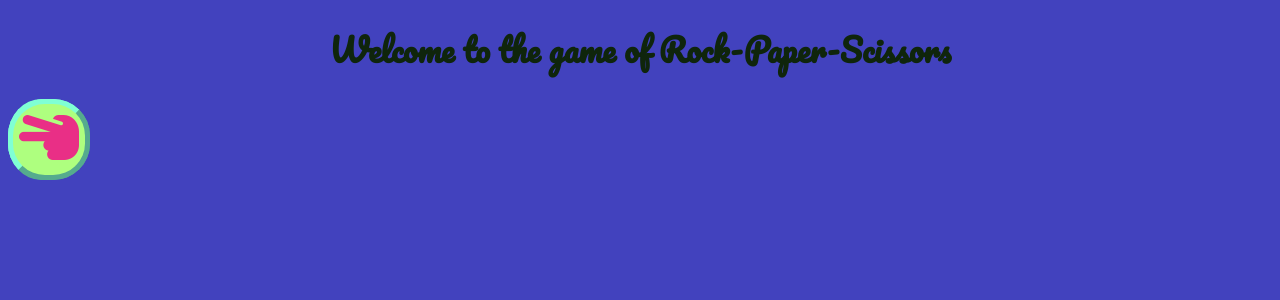
Repository: 0101chaitanya/Rock-Paper-Scissors
Page: index.html
The author's editor kept a copy of each file at every save. The page is drawn from the files as they stood at one save, then again after the next save.
The browser window is 1280 px wide. The pictures show the whole page.
Some web libraries are served in a nearby version.

Above is the page before, as saved 2021-05-14 18:35:03.
Not found: linkk.js

### index.html
<!DOCTYPE html>
<html>

<head>
    <meta charset="utf-8">
    <title>Rock-Paper-Scissors</title>
    <link rel="stylesheet" href="style.css">
    <script src="https://kit.fontawesome.com/3dcaf9f6de.js" crossorigin="anonymous"></script>
    <link rel="preconnect" href="https://fonts.gstatic.com">
    <link href="https://fonts.googleapis.com/css2?family=Pacifico&display=swap" rel="stylesheet">
</head>

<body>
    <h1>Welcome to the game of Rock-Paper-Scissors</h1>
    <div>
        <button class="square" id="holder1" href="#"><i class="fas fa-hand-rock"></i></button>

        <button class="square" id="holder2" href="#"><i class="fas fa-hand-paper"></i></button>

        <button class="square" id="holder3" href="#"><i class="fas fa-hand-scissors"></i></button>
    </div>
    <script type="text/javascript" src="linkk.js"></script>
</body>

</html>

### style.css
html{
    margin: 0;
    font-family: 'Pacifico', cursive;
    background-color:rgb(66, 66, 190);
    }
h1  {
       text-align: center;
     color:rgb(15, 37, 12) ;
    }
 .hold {
border-style:dotted;
background-color:aqua;
    }
.square{
    background-color: rgb(174, 255, 127);
    font-size: 60px;
    display: inline-block;
color: rgb(233, 47, 134);
border-radius: 45%;
border-width: 5px;
border-color:aquamarine
}
#holder1 {
position: fixed;
}
#holder2 {
position: fixed;
}
#holder3 {
position: fixed;
}

After the next save:
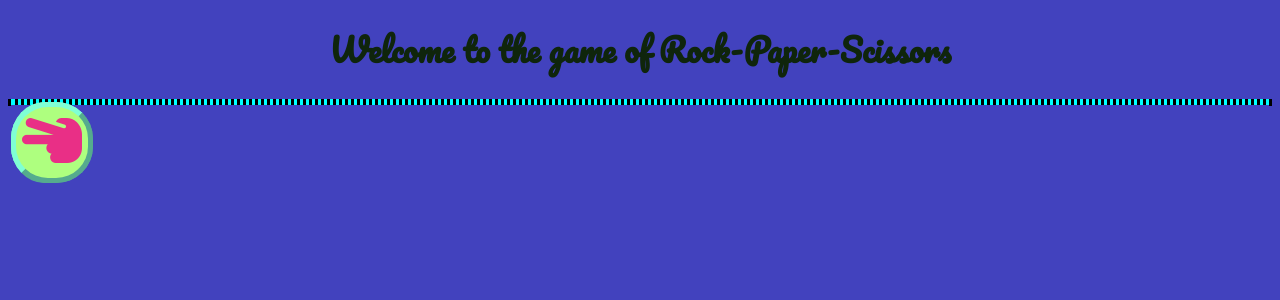
Saved 18 s later.
--- a/index.html
+++ b/index.html
@@ -11,8 +11,8 @@
 </head>
 
 <body>
-    <h1>Welcome to the game of Rock-Paper-Scissors</h1>
-    <div>
+    <h1 id="welcome">Welcome to the game of Rock-Paper-Scissors</h1>
+    <div class="hold">
         <button class="square" id="holder1" href="#"><i class="fas fa-hand-rock"></i></button>
 
         <button class="square" id="holder2" href="#"><i class="fas fa-hand-paper"></i></button>
